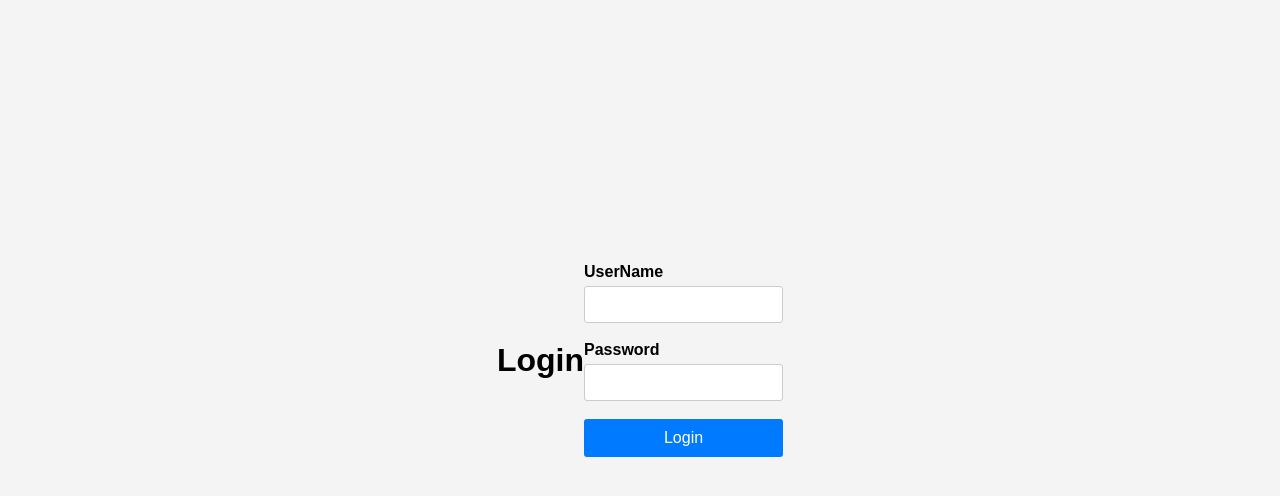
Repository: Yemili/springboot_application
Page: workspace/student/src/main/resources/templates/login.html
An editor plug-in stored every save of this project. The page is shown before and after the next save, followed by the edit.
The browser window is 1280 px wide. The pictures show the whole page.

Above is the page before, as saved 2024-10-07 10:54:14.

After the next save:
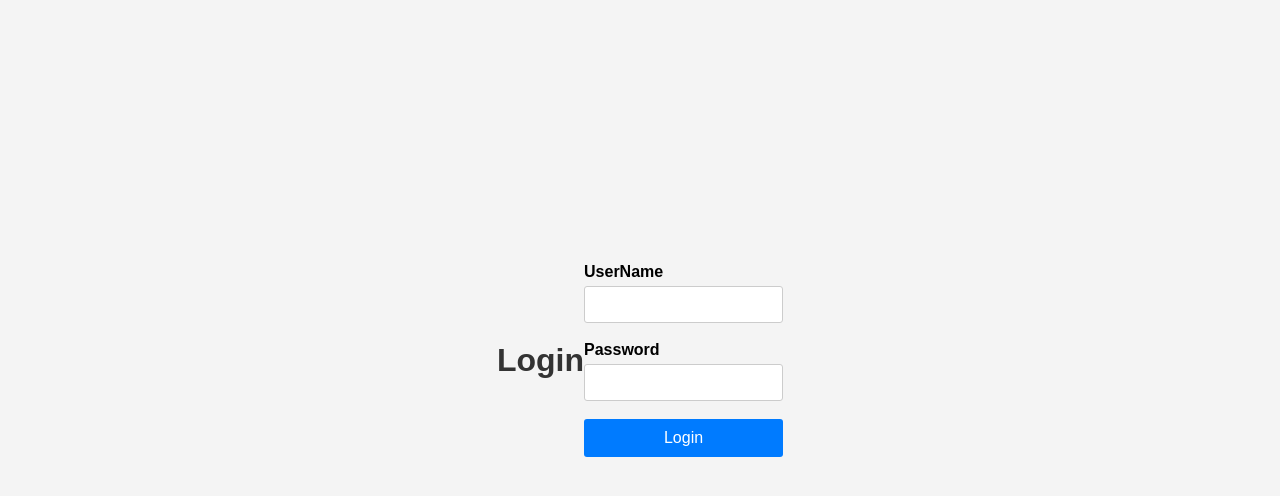
Saved 50 s later.
--- a/workspace/student/src/main/resources/templates/css/loginstyles.css
+++ b/workspace/student/src/main/resources/templates/css/loginstyles.css
@@ -6,6 +6,10 @@ body {
     align-items: center;
     height: 100vh;
     margin: 0;
+}
+
+h1 {
+    color: #333;
 }
 
 .login-container {
